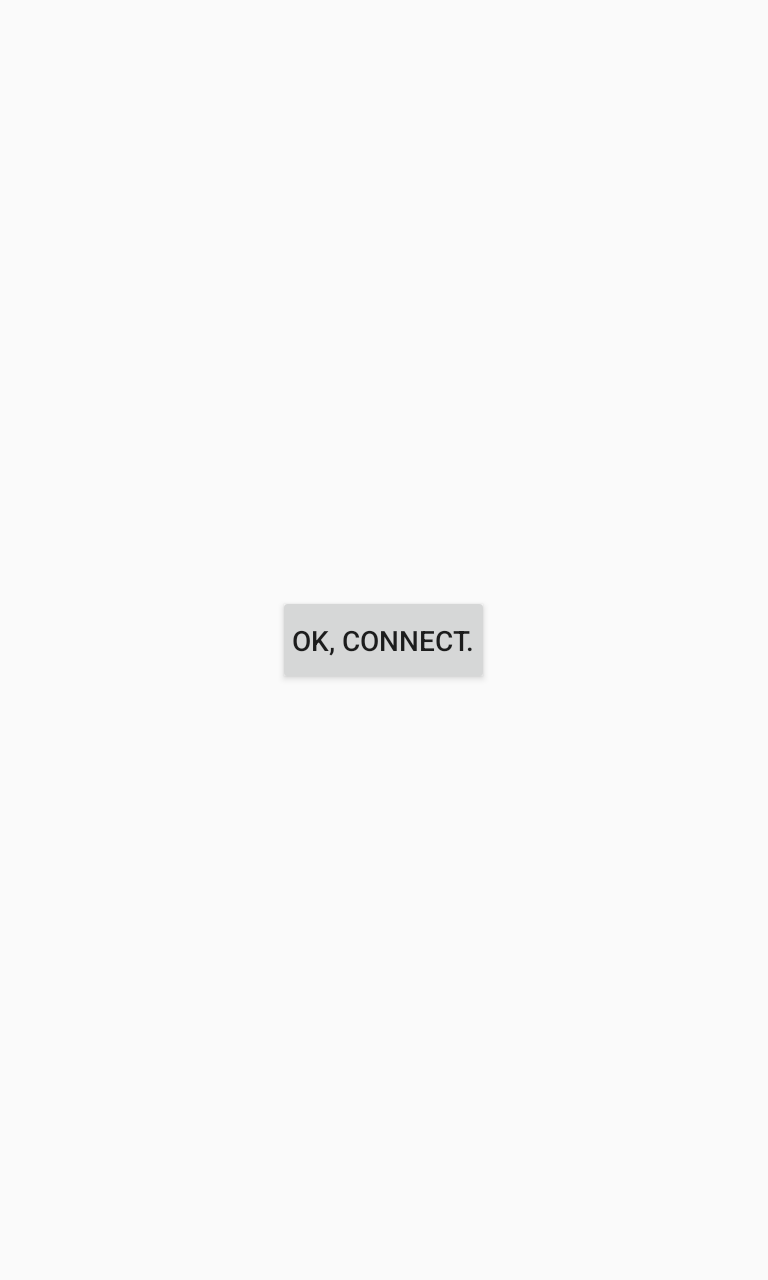
Repository: Vierco/Get_elements_from_web_and_caching
Layout: Guidelines_template/template/res/layout/hello.xml
These files come from the project's save history. The layout is drawn as it stood at one moment and after the next save; the edit follows.
It is drawn on a 768 x 1280 px phone screen (xhdpi) without system bars, with theme AppTheme; the app's code is not run.

Above is the layout before, as saved 2014-05-01 20:12:31.

### Guidelines_template/template/res/layout/hello.xml
<FrameLayout xmlns:android="http://schemas.android.com/apk/res/android"
    xmlns:tools="http://schemas.android.com/tools"
    android:id="@+id/container"
    android:layout_width="match_parent"
    android:layout_height="match_parent"
    android:layout_marginBottom="@dimen/activity_vertical_margin"
    android:layout_marginLeft="@dimen/activity_horizontal_margin"
    android:layout_marginRight="@dimen/activity_horizontal_margin"
    android:layout_marginTop="@dimen/activity_vertical_margin"
    tools:context="vierco.com.example.template.Hello"
    tools:ignore="MergeRootFrame" >

    <Button
        android:id="@+id/BT_connect"
        android:layout_gravity="center"
        android:layout_width="wrap_content"
        android:layout_height="wrap_content"
        android:padding="@dimen/views_padding"
        android:text="@string/TXconnect" />

</FrameLayout>

### Guidelines_template/template/res/values/dimens.xml
<resources>

    <!-- Default screen margins, per the Android Design guidelines. -->
    <dimen name="views_padding">8dp</dimen>
    <dimen name="default_text_padding">3dp</dimen>
    <dimen name="title_text_padding">4dp</dimen>
    <dimen name="activity_horizontal_margin">9dp</dimen>
    <dimen name="activity_vertical_margin">9dp</dimen>
    <dimen name="default_text_size">16dp</dimen>
    <dimen name="title_text_size">22dp</dimen>
    <dimen name="subtitle_text_size">14dp</dimen>
    <dimen name="annotations_text_size">11dp</dimen>
    <dimen name="action_bar_text_size">13dp</dimen>
    <dimen name="button_text_size">15dp</dimen>

</resources>

### Guidelines_template/template/res/values/strings.xml
<?xml version="1.0" encoding="utf-8"?>
<resources>

    <string name="app_name">template</string>
    <string name="TXconnect">Ok, connect.</string>
    <string name="action_settings">Settings</string>

</resources>

### Guidelines_template/template/res/values/colors.xml
<?xml version="1.0" encoding="utf-8"?>
<resources>

    <color name="verde">#27ae60</color>

</resources>

Loaded but not shown: Guidelines_template/template/res/values/styles.xml (common file); Guidelines_template/template/res/values-v11/styles.xml (common file); Guidelines_template/template/res/values-v14/styles.xml (common file); Guidelines_template/template/res/values-w820dp/dimens.xml (common file)

After the next save:
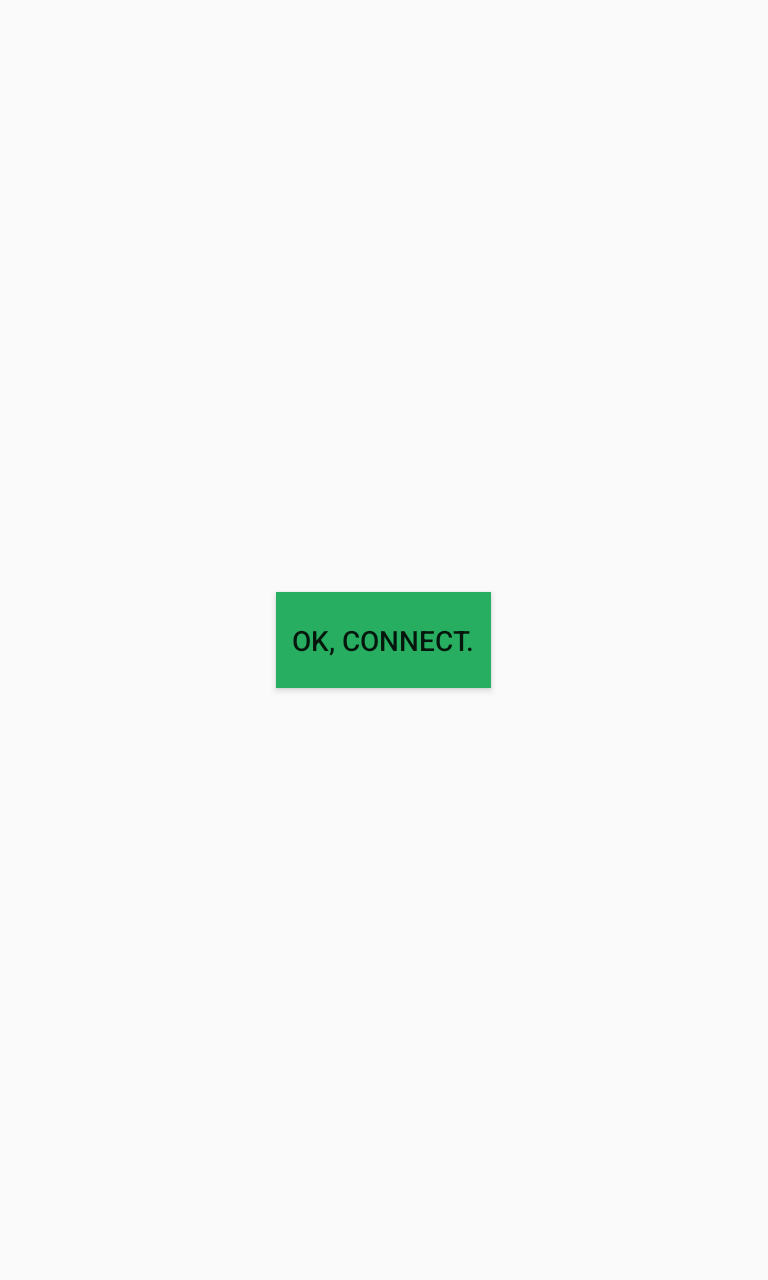
Saved 13 s later.
--- a/Guidelines_template/template/res/layout/hello.xml
+++ b/Guidelines_template/template/res/layout/hello.xml
@@ -13,6 +13,7 @@
     <Button
         android:id="@+id/BT_connect"
         android:layout_gravity="center"
+        android:background="@color/verde"
         android:layout_width="wrap_content"
         android:layout_height="wrap_content"
         android:padding="@dimen/views_padding"
